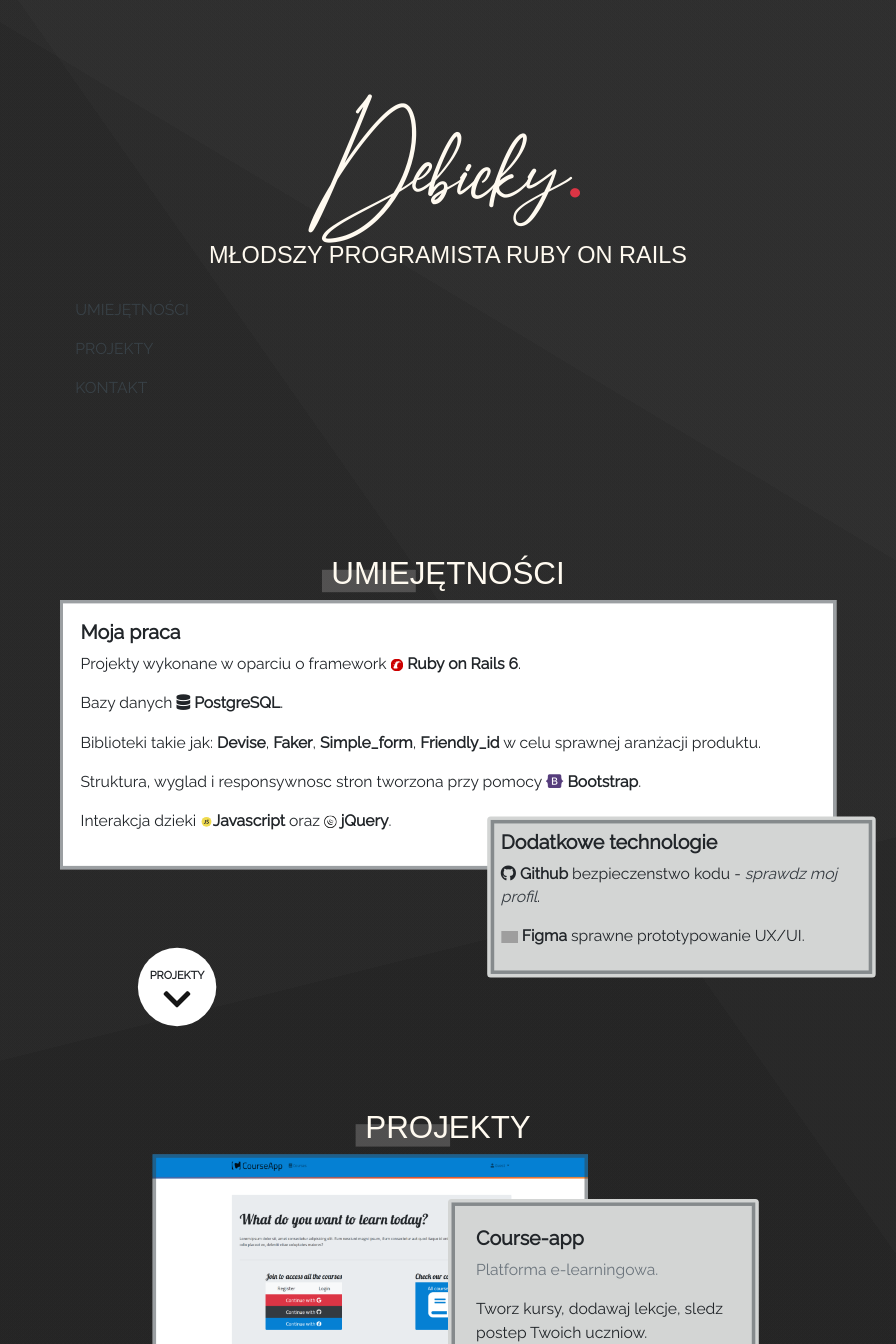
Repository: debicky/debicky.github.io
Page: index.html
These files come from the project's save history. The page is drawn as it stood at one moment and after a run of saves; the edit follows.
The browser window is 1280 px wide. The pictures show the part of the page from y = 0 to 1920 px (the page is 4633 px tall), at 70% of full size.
Pictures or frames that could not be fetched are drawn as grey boxes. Some web fonts or font styles are not loaded; a fallback is used. Some web libraries are served in a nearby version.

Above is the page before, as saved 2020-06-16 10:03:20.

### index.html
<!DOCTYPE html>
<html lang="en">
<head>
  <meta charset="UTF-8">
  <meta name="viewport" content="width=device-width, initial-scale=1.0">
  <title>Debicky</title>
  <link rel="stylesheet" href="https://stackpath.bootstrapcdn.com/bootstrap/4.5.0/css/bootstrap.min.css" integrity="sha384-9aIt2nRpC12Uk9gS9baDl411NQApFmC26EwAOH8WgZl5MYYxFfc+NcPb1dKGj7Sk" crossorigin="anonymous">
  <link rel="stylesheet" href="https://cdnjs.cloudflare.com/ajax/libs/font-awesome/5.11.2/css/all.min.css">
  <link rel="stylesheet" href="styles.css">
  <link rel="stylesheet" href="https://unpkg.com/aos@next/dist/aos.css" />

</head>
<body>


  <header>
    <div class="signature" data-aos="fade-in" data-aos-duration="2000">
      <h5 class="signature-heading ">Debicky<span class="text-danger font-weight-bolder">.</span></h5>
      <h3 class="signature-subheading">Młodszy Programista Ruby on Rails</h3>
    </div>

    <div class="container">
      <nav class="navbar" data-aos="fade-in" data-aos-duration="3000">
          <ul class="navbar-nav">
            <li class="nav-item">
              <a class="nav-link" href="#about">Umiejętności</a>
            </li>
            <li class="nav-item">
              <a class="nav-link" href="#projects">Projekty</a>
            </li>
            <li class="nav-item">
              <a class="nav-link" href="#contact">Kontakt</a>
            </li>
        </ul>
      </nav>
    </div>
  </header>

  <section class="about" id="about">
    <div class="container">
      <h1 class="text-center" data-aos="fade-in" data-aos-duration="1500">Umiejętności</h1>

        <div class="about-content" data-aos="zoom-in" data-aos-duration="1000">
          <div class="main-about-description">
            <h5 class="font-weight-bold">Moja praca</h5>
            <p>Projekty wykonane w oparciu o framework <img src="/images/icons/ror.svg" alt="ror-icon"><b> Ruby on Rails 6</b>.
            <p>Bazy danych <i class="fas fa-database"></i><b> PostgreSQL</b>.</p>
            <p>Biblioteki takie jak: <b>Devise</b>, <b>Faker</b>, <b>Simple_form</b>, <b>Friendly_id</b> w celu sprawnej aranżacji produktu. </p>
            <p>Struktura, wyglad i responsywnosc stron tworzona przy pomocy <span><i class="fab fa-bootstrap text-bootstrap"></i> <b>Bootstrap</b></span>.</p>
            <p>Interakcja dzieki <img src="/images/icons/js.svg" alt="js-icon"><b>Javascript</b> oraz <span><img src="/images/icons/jquery.svg" alt="jquery-icon"> <b>jQuery</b></span>.</p>
          </div>
          <div class="minor-about-description ">
            <h5 class="font-weight-bold">Dodatkowe technologie</h5>
            <p><i class="fab fa-github"></i> <b>Github</b> bezpieczenstwo kodu  - <a href="https://github.com/debicky" target="_blank" class="text-dark font-italic">sprawdz moj profil</a>.</p>
            <p><img src="/images/icons/figma.svg" alt="figma-icon"> <b>Figma</b> sprawne prototypowanie UX/UI.</p>
          </div>
          <div class="project-down d-none d-md-flex" id="project-down">
            <span class="text-uppercase"><b>Projekty</b></span>
            <i class="fas fa-chevron-down"></i>
          </div>
        </div>

    </div>
  </section>




  <section class="projects" id="projects">
    <div class="container">
      <h1 class="text-center" data-aos="fade-in" data-aos-duration="1500">Projekty</h1>

        <div class="project-content" data-aos="fade-right" data-aos-duration="1000">
          <div class="project-description">
            <h5 class="font-weight-bold">Course-app</h5>
            <p class="text-muted">Platforma e-learningowa.</p>
            <p>Tworz kursy, dodawaj lekcje, sledz postep Twoich uczniow.</p>
            <p>Wybierz interesujacy Cie temat, zakup i ucz sie!</p>
            <div class="btn-group">
              <a href="https://github.com/debicky/course-application" target="_blank" class="btn btn-dark "><i class="fab fa-github-square"></i> Github </a>
              <a href="https://course-application-debart.herokuapp.com/" target="_blank" class="btn btn-primary "><i class="fas fa-external-link-square-alt"></i> Online</a>
            </div>
          </div>
          <div class="project-image">
            <a href="/images/1.jpeg">
              <img src="/images/course.png" alt="course-app-screenshot">
            </a>
          </div>
        </div>

        <div class="project-content" data-aos="fade-left" data-aos-duration="1000">
          <div class="project-description">
            <h5 class="font-weight-bold">Course-app</h5>
            <p class="text-muted">Platforma e-learningowa.</p>
            <p>Tworz kursy, dodawaj lekcje, sledz postep Twoich uczniow.</p>
            <p>Wybierz interesujacy Cie temat, zakup i ucz sie!</p>
            <div class="btn-group">
              <a href="https://github.com/debicky/course-application" target="_blank" class="btn btn-dark "><i class="fab fa-github-square"></i> Github </a>
              <a href="https://course-application-debart.herokuapp.com/" target="_blank" class="btn btn-primary "><i class="fas fa-external-link-square-alt"></i> Online</a>
            </div>
          </div>
          <div class="project-image">
            <a href="/images/1.jpeg">
              <img src="/images/course.png" alt="course-app-screenshot">
            </a>
          </div>
        </div>



        <div class="project-content" data-aos="fade-right" data-aos-duration="1000">
          <div class="project-description">
            <h5 class="font-weight-bold">YourShop</h5>
            <p class="text-muted">Sklep internetowy.</p>
            <p>Tworz produkty oraz ich kategorie.</p>
            <p>Dodaj do koszyka. Wybierz ilosc i rozmiar. Kup!</p>
            <div class="btn-group">
              <a href="https://github.com/debicky/yourshop" target="_blank" class="btn btn-dark"><i class="fab fa-github"></i> Github </a>
              <a href="http://your-shop-debart.herokuapp.com/" target="_blank" class="btn btn-primary"><i class="fas fa-external-link-square-alt"></i> Online</a>
            </div>
          </div>
          <div class="project-image">
            <a href="/images/1.jpeg">
              <img src="/images/shop.png" alt="shop-app-screenshot">
            </a>
          </div>
        </div>

        <div class="project-content" data-aos="fade-left" data-aos-duration="1000">
          <div class="project-description">
            <h5 class="font-weight-bold">Blog-app</h5>
            <p class="text-muted">Blog z komentarzami.</p>
            <p>Tworz artykuly, dodawaj zdjecia.</p>
            <p>Sprawdz najnowsze posty, skomentuj je!</p>
            <div class="btn-group">
              <a href="https://github.com/debicky/your-blog-debart" target="_blank" class="btn btn-dark"><i class="fab fa-github"></i> Github </a>
              <a href="http://your-blog-debart.herokuapp.com/" target="_blank" class="btn btn-primary"><i class="fas fa-external-link-square-alt"></i> Online</a>
            </div>
          </div>
          <div class="project-image">
            <a href="/images/1.jpeg">
              <img src="/images/blog.png" alt="blog-app-screenshot">
            </a>
          </div>
        </div>


    </div>
  </section>

  <section class="contact" id="contact">
    <div class="container">
      <h1 class="text-center" data-aos="fade-in" data-aos-duration="1500">Kontakt</h1>

      <div class="contact-content" data-aos="zoom-in" data-aos-duration="1000">
        <div class="main-about-description">
          <h5 class="text-uppercase">Potrzebujesz wiecej informacji?</h5>
          <p>Wyslij mi wiadomosc e-mail lub skontaktuj sie przez Messenger!</p>
        </div>
        <div class="minor-about-description">
          <div class="btn-group d-block d-md-flex">
            <a href="mailto:arturd444@gmail.com" target="_blank" class="btn btn-outline-dark ">
              <i class="far fa-paper-plane"></i>
              arturd444@gmail.com
            </a>
            <a href="https://m.me/artur.debicki.5" target="_blank" class="btn btn-outline-primary">
              <i class="fab fa-facebook-messenger "></i>
              Messenger
            </a>
          </div>
        </div>
      </div>
    </div>
  </section>


  <footer class="py-5">
    <div class="up" id="up">
      <i class="fas fa-chevron-up"></i>
    </div>
    <div class="container">
      <div class="row">
        <div class="col-12 col-md-5 col-lg-4 mb-5 mb-md-0">
          <div class="signature-footer">
            <h5 class="signature-footer-heading">Debicky<span class="text-danger font-weight-bolder">.</span></h5>
            <h3 class="signature-footer-subheading">Programista Ruby on Rails</h3>
          </div>
          <small class="d-block mt-2 text-muted">&copy; 2020</small>
        </div>
        <div class="col-12 col-md-5 col-lg-4 mb-5">
          <h5 class="text-uppercase">Media</h5>
            <ul class="list-unstyled mb-0">
              <li>
                <a href="https://www.facebook.com/artur.debicki.5" class="text-muted"><i class="fab fa-facebook"></i> Facebook</a>
              </li>
              <li>
                <a href="https://www.instagram.com/debicky" class="text-muted"><i class="fab fa-instagram"></i> Instagram</a>
              </li>
              <li>
                <a href="https://github.com/debicky" class="text-muted"><i class="fab fa-github"></i> Github</a>
              </li>
            </ul>
        </div>
        <div class="col-12 col-md-5 col-lg-4">
          <h5 class="text-uppercase">Kontakt</h5>
            <ul class="list-unstyled mb-0">
              <li>
                <a href="mailto:arturd444@gmail.com" class="text-muted"><i class="fas fa-envelope"></i> arturd444@gmail.com</a>
              </li>
              <li>
                <p class="text-muted"><i class="fa fa-phone"></i> +48 692 138 221</p>
              </li>
            </ul>
        </div>
      </div>
    </div>
  </footer>



  <script src="https://code.jquery.com/jquery-3.5.0.min.js" crossorigin="anonymous"></script>
  <script src="https://cdn.jsdelivr.net/npm/popper.js@1.16.0/dist/umd/popper.min.js" integrity="sha384-Q6E9RHvbIyZFJoft+2mJbHaEWldlvI9IOYy5n3zV9zzTtmI3UksdQRVvoxMfooAo" crossorigin="anonymous"></script>
  <script src="https://stackpath.bootstrapcdn.com/bootstrap/4.5.0/js/bootstrap.min.js" integrity="sha384-OgVRvuATP1z7JjHLkuOU7Xw704+h835Lr+6QL9UvYjZE3Ipu6Tp75j7Bh/kR0JKI" crossorigin="anonymous"></script>
  <script src="https://unpkg.com/aos@next/dist/aos.js"></script>
  <script src="script.js"></script>

</body>
</html>

### styles.css
@import url('https://fonts.googleapis.com/css2?family=Playfair+Display&family=Playfair+Display+SC&family=Raleway&display=swap');

@font-face {
  font-family: "AmostelySignature";
  src: url("/fonts/AmostelySignature.ttf");
  }


* {
  margin: 0;
  padding: 0;
  box-sizing: border-box;
}

body,html {
  background-image: linear-gradient(346deg, rgba(55, 55, 55,0.04) 0%, rgba(55, 55, 55,0.04) 22%,rgba(140, 140, 140,0.04) 22%, rgba(140, 140, 140,0.04) 69%,rgba(225, 225, 225,0.04) 69%, rgba(225, 225, 225,0.04) 100%),linear-gradient(31deg, rgba(55, 55, 55,0.04) 0%, rgba(55, 55, 55,0.04) 42%,rgba(140, 140, 140,0.04) 42%, rgba(140, 140, 140,0.04) 85%,rgba(225, 225, 225,0.04) 85%, rgba(225, 225, 225,0.04) 100%),linear-gradient(55deg, rgba(55, 55, 55,0.04) 0%, rgba(55, 55, 55,0.04) 13%,rgba(140, 140, 140,0.04) 13%, rgba(140, 140, 140,0.04) 72%,rgba(225, 225, 225,0.04) 72%, rgba(225, 225, 225,0.04) 100%),linear-gradient(90deg, rgba(20,20,20, 0.98),rgba(20, 20, 20, 0.98));
  font-family: 'Raleway', sans-serif;

}



a:hover {
  text-decoration: none;
}

.text-bootstrap{
  color: #563d7c;
}

p span{
  white-space: pre;
}

/* Heading */

header{
  height: 100vh;
  width: 100%;
  display: flex;
  flex-direction: column;
  align-items: center;
  justify-content: center;

}

.signature{
  color: floralwhite;
  text-align: center;
  user-select: none;
}

.signature-heading{
  font-family: 'AmostelySignature', cursive;
  font-size: 7rem;
  margin-bottom: 30px;
}

.signature-subheading{
  font-family: 'Playfair Display SC', sans-serif;
  font-size: 1.5rem;
  text-transform: uppercase;
  margin-bottom: 20px;
}

/* Navbar */

.navbar{
  background-color: #fff;
}

.navbar-toggler i{
  color: #fff;
  font-size: 1.2rem;
}

.navbar-toggler .fa-times{
  display: none;
}

.navbar-toggler.menu-open  .fa-bars{
  display: none;
}

.navbar-toggler.menu-open  .fa-times{
  display: block;
}

.navbar-nav{
  padding: 20px;
}

.nav-link{
  color: rgb(19, 18, 18);
  text-transform: uppercase;
  transition: opacity .5s;
  font-size: 1rem;
}

.nav-link:hover{
  color: maroon;
}

/* about */

.about {
  height: 100vh;
  justify-content: center;
  align-items: center;
}

.about img{
height: 18px;
}

.main-about-description, .minor-about-description{
  width: 100%;
  background-color: #fff;
  padding: 30px;
  outline: 5px solid rgba(56, 65, 71, 0.5);
  outline-offset: -5px;
  order: 1;
  margin-top: 5px;
}



.project-down{
  padding-top: .6rem;
  flex-direction: column;
  justify-content: center;
  align-items: center;
  width: 5rem;
  height: 5rem;
  background-color: #fff;
  border-radius: 100%;
  margin: 5rem;
  animation: pulse 2.5s infinite;
  cursor: pointer;
  z-index: 1;
  font-size: 0.7rem;
}

.project-down i{
  color: #151515;
  font-size: 2rem;
}





/* section headers */

section h1{
  font-family: 'Playfair Display SC', sans-serif;
  font-size: 2rem;
  text-transform: uppercase;
  position: relative;
  z-index: 1;
  color: floralwhite;
}

section h1::before {
  content: ' ';
  position: absolute;
  width: 6rem;
  background: #7c7a7a81;
  height: .7em;
  bottom: 0;
  z-index: -1;
  margin-left: -.3em;
}

/* Projects */

.projects{
  margin-top: 30vh;
}

.project-content{
  margin-bottom: 10vh;
}

.project-description{
  width: 100%;
  background-color: rgba(255, 255, 255, 0.95);
  padding: 40px;
  outline: 5px solid rgba(56, 65, 71, 0.5);
  outline-offset: -5px;
  order: 1;
  margin-top: 5px;
  margin-bottom: 1px;
}

.project-image{
  order: 2;
}

.project-image img{
  outline: 5px solid rgba(56, 65, 71, 0.5);
  outline-offset: -5px;
  width: 100%;
  height: auto;
  display: block;
}







/* Contact */

.contact{
  margin-bottom: 20vh;
}



/* Footer */


footer {
  background-color: #151515;
  color: #fff;
}

.signature-footer{
  user-select: none;
}

.signature-footer-heading{
  font-family: 'AmostelySignature', cursive;
  font-size: 50px;
  color: #fff;
}

.signature-footer-subheading{
  font-family: 'Playfair Display SC', sans-serif;
  font-size: 12px;
  text-transform: uppercase;
  color: #fff;
}

footer h5{
  font-family: 'Playfair Display SC', sans-serif;
}


a.text-muted:hover{
  color: maroon !important;
}

.up{
  position: absolute;
  width: 5rem;
  height: 5rem;
  background-color: #fff;
  right: 3rem;
  border-radius: 100%;
  display: flex;
  animation: pulse 2.5s infinite;
  cursor: pointer;
  z-index: 1;
}

.up i{
  color: #151515;
  font-size: 2rem;
  margin: auto;

}

@keyframes pulse {
  0%{
    box-shadow: 0 0 0 0 #7c7a7a81;
  }
  70%{
    box-shadow: 0 0 0 2rem rgba(238, 202, 125, 0);

  }
  100%{
    box-shadow: 0 0 0 0 rgba(238, 202, 125, 0);

  }
}

/* Responsive */

@media screen and (min-width: 768px) {
  .navbar{
    background-color: transparent;
  }
  .navbar-nav{
    padding: 0;
  }
  .nav-link{
    color: #384147;
  }

  nav:hover .nav-link:not(:hover){
    opacity: .5;
  }

  /* about resposnive */

  .about{
    margin-top: 10vh;
  }

  .about-content{
    position: relative;
    display: block;
  }

  .minor-about-description{
    position: absolute;
    transform: translateY(-35%);
    left: 55%;
    width: 50%;
    padding: 20px;
    background-color: #D3D5D4;
    outline-offset: -10px;
    border-radius: 5px;

  }

  .project-content{
    margin-bottom: 20vh;
  }



  /* project responsive */

  .projects{
    margin-top: 10vh;
  }

  .project-content{
    position: relative;
    display: block;
  }

  .project-description{
    position: absolute;
    top: 80%;
    transform: translateY(-50%);
    width: 50%;
    outline-offset: -10px;
    border-radius: 5px;
    background-color: #D3D5D4;
  }

  .project-image img{
    width: 70%;
    margin-left: auto;
  }

  .project-content:nth-child(2n) .project-description{
    left: 50%;
  }

  .project-content:nth-child(2n) .project-image img{
    margin-right: auto;
  }

    .contact{
    height: 30vh;
  }

}

@media screen and (min-width: 1200px) {
  html{
    font-size: 1.4rem;
  }

  .project-description{
    top: 60%;
    width: 40%;
  }

  .project-image{
    width: 80%;
  }



  footer{
    height: 30vh;
  }

}

### script.js
$(document).ready(function () {

  AOS.init();


  $('nav a[href*="#').on('click', function () {
    $('html, body').animate({
      scrollTop: $($(this).attr('href')).offset().top - 100
    }, 900);
  });

  $('#project-down').on('click', function () {
    $('html, body').animate({
      scrollTop: $('#projects').offset().top - 10
    }, 900);
  });

  $('#up').on('click', function () {
    $('html, body').animate({
      scrollTop: 0
    }, 900);
  });






})

After the next 2 saves:
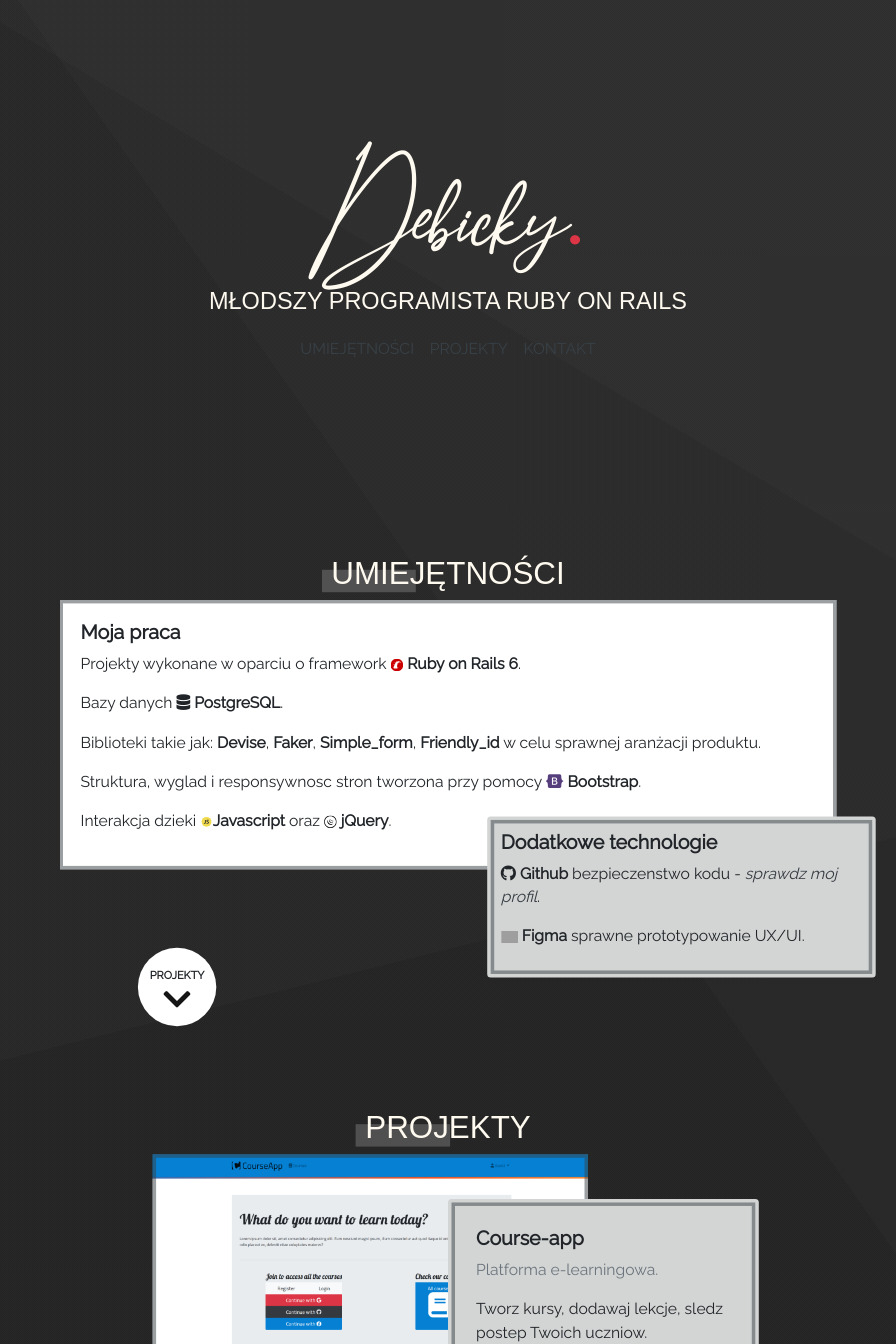
The 2 saves are shown as one change because they came seconds apart.
The last was saved 11 s later.
--- a/index.html
+++ b/index.html
@@ -20,7 +20,10 @@
     </div>
 
     <div class="container">
-      <nav class="navbar" data-aos="fade-in" data-aos-duration="3000">
+      <nav class="navbar navbar-expand-md p-0 rounded" data-aos="fade-in" data-aos-duration="3000">
+
+
+        <div class="collapse navbar-collapse d-md-flex justify-content-center" id="navbarSupportedContent">
           <ul class="navbar-nav">
             <li class="nav-item">
               <a class="nav-link" href="#about">Umiejętności</a>
@@ -31,7 +34,8 @@
             <li class="nav-item">
               <a class="nav-link" href="#contact">Kontakt</a>
             </li>
-        </ul>
+          </ul>
+        </div>
       </nav>
     </div>
   </header>
